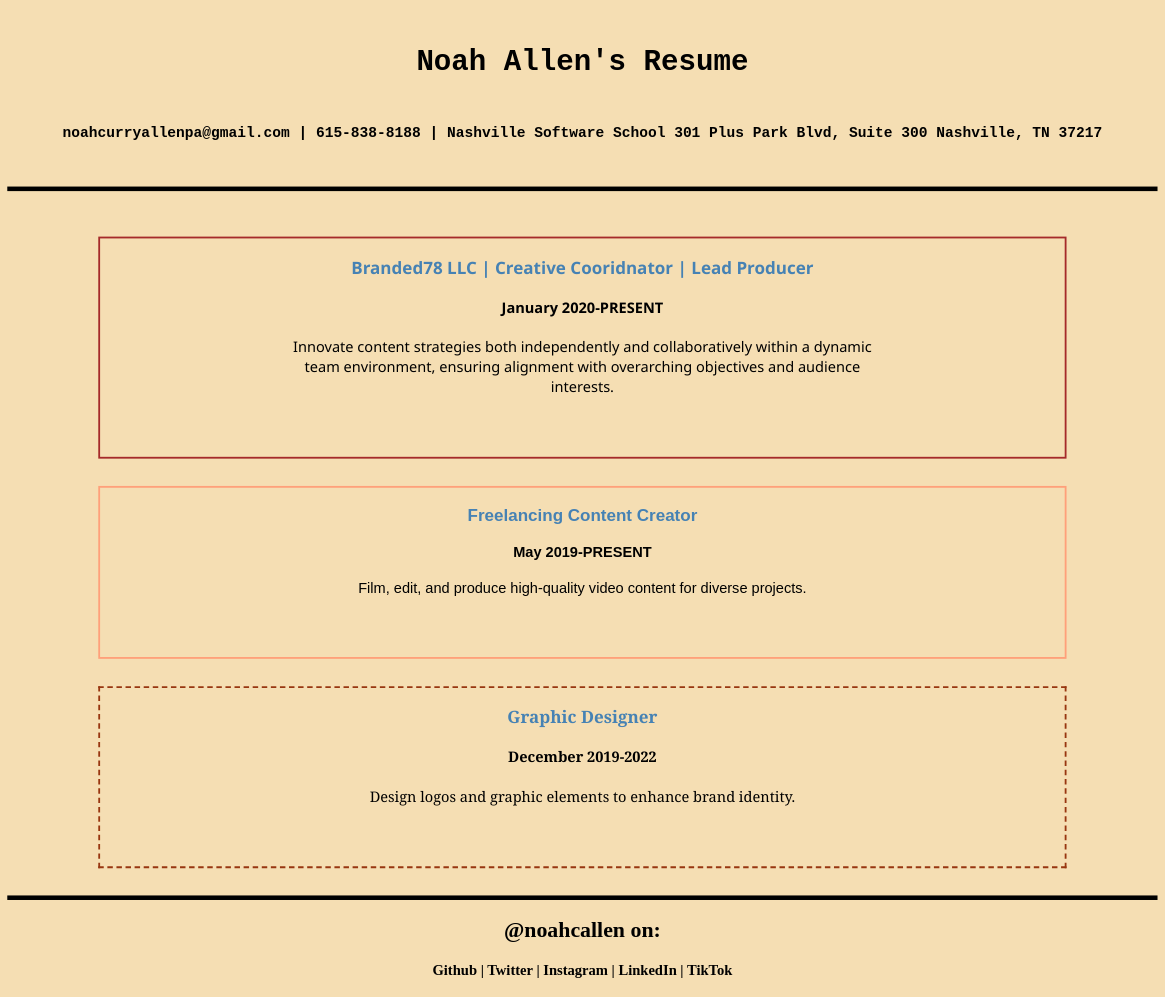
Repository: noahcallen/LAB-HTML-Resume
Page: index.html
These files come from the project's save history. The page is drawn as it stood at one moment and after the next save; the edit follows.
The browser window is 1280 px wide. The pictures show the whole page, at 91% of full size.

Above is the page before, as saved 2024-07-08 22:11:32.

After the next save:
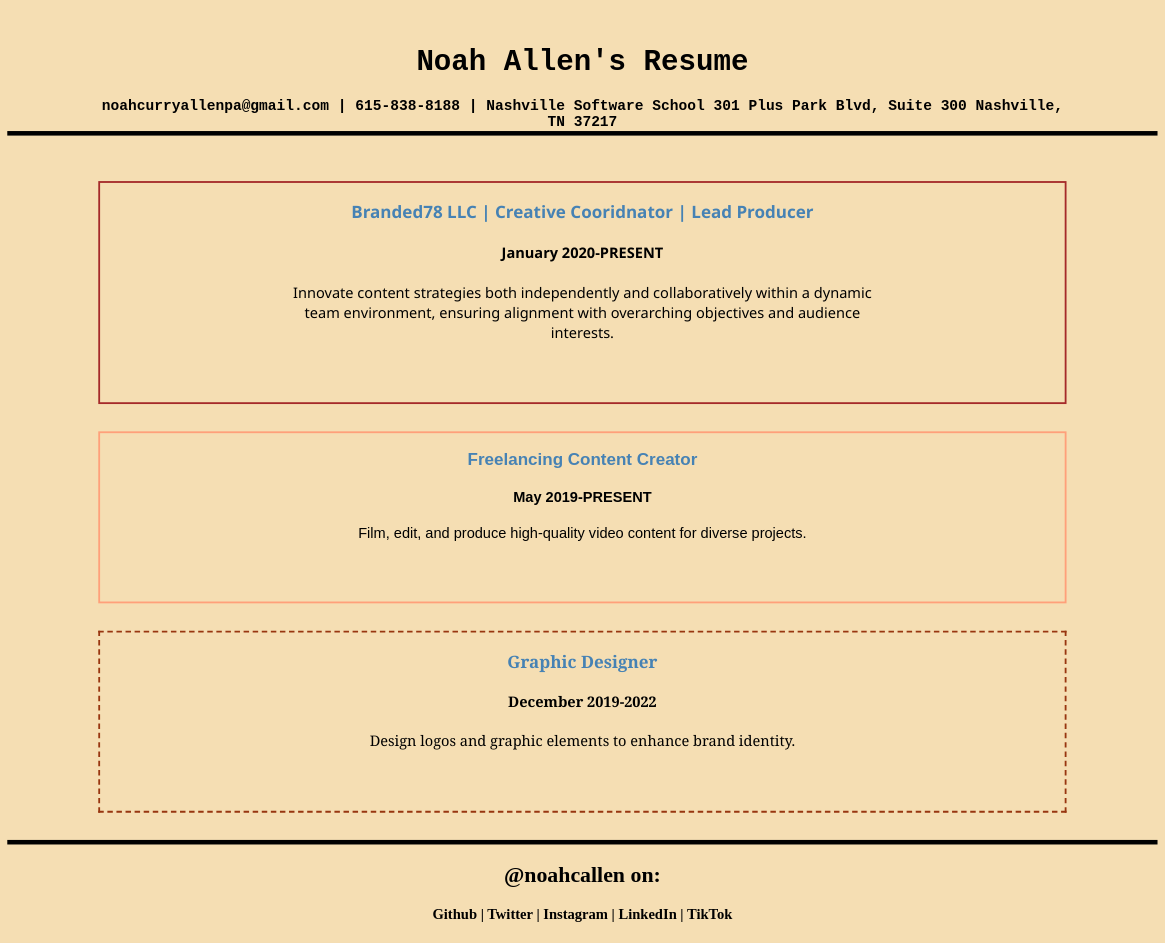
Saved 19 s later.
--- a/main.css
+++ b/main.css
@@ -4,7 +4,7 @@ body {
 }
 
 #addy {
-  margin: 50px 0px 50px 0px;
+  margin: 0px 100px 0px 100px;
 }
 
 h3 {
